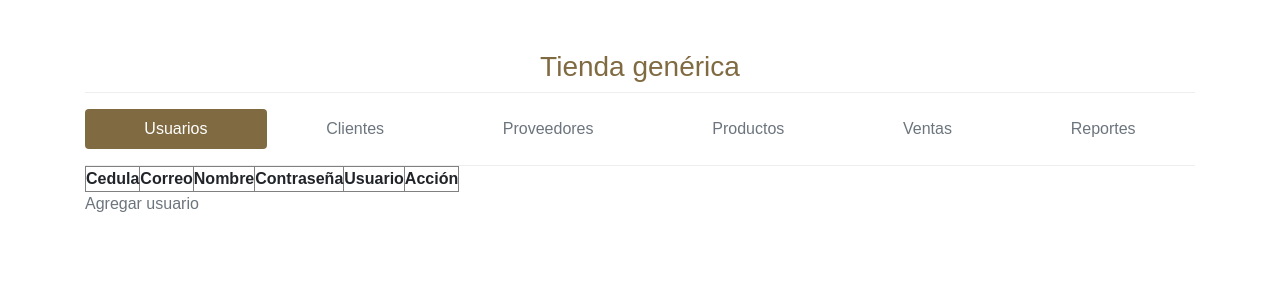
Repository: andresrojas686/tiendaGenericaMintic
Page: http://localhost/primerJSP/usuarios.jsp
An editor plug-in stored every save of this project. The page is shown before and after the next save, followed by the edit.
The browser window is 1280 px wide. The pictures show the whole page.
The page is served by Tomcat 9. Queries for data that is not in the repository find no rows.

Above is the page before, as saved 2021-09-15 20:43:37.

After the next save:
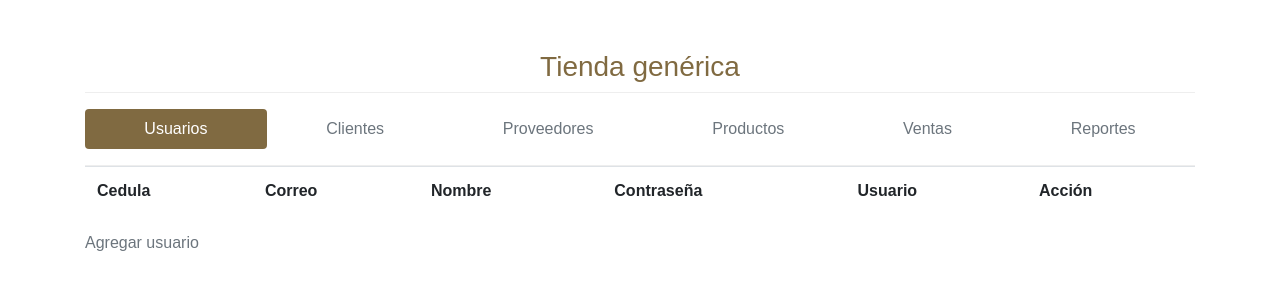
Saved 51 s later.
--- a/primerJSP/src/main/webapp/usuarios.jsp
+++ b/primerJSP/src/main/webapp/usuarios.jsp
@@ -53,7 +53,7 @@
 		<div class="container">
 			<section class="row">
 				<div class="col">
-					<table border="double">
+					<table class="table table-hover">
 						<tr>
 							<th>Cedula</th>
 							<th>Correo</th>
